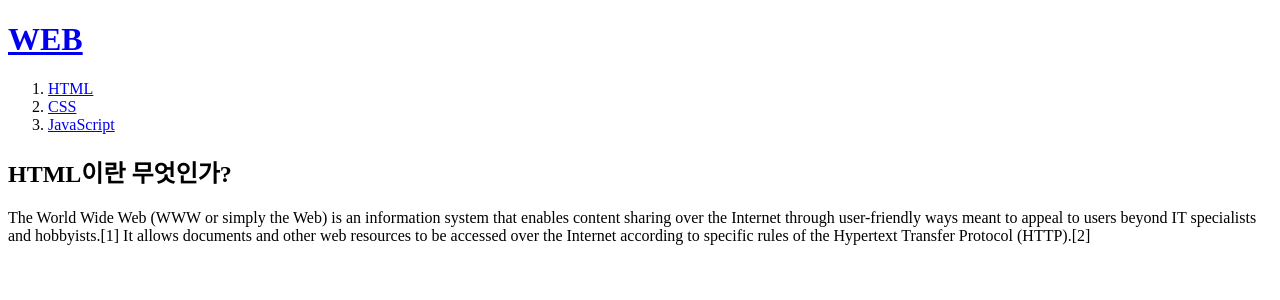
Repository: youngsik0405/Web-study
Page: Practice/WebContent/index.html
An editor plug-in stored every save of this project. The page is shown before and after the next save, followed by the edit.
The browser window is 1280 px wide. The pictures show the whole page.

Above is the page before, as saved 2025-01-21 10:54:24.

### Practice/WebContent/index.html
<!DOCTYPE html>
<html>
<head>
<meta charset="UTF-8">
<title>WEB1 - Welcome</title>
</head>
<body>
	<h1>
		<a href="index.html">WEB</a>
	</h1>
	<ol>
		<li><a href="1.html">HTML</a></a></li>
		<li><a href="2.html">CSS</a></li>
		<li><a href="3.html">JavaScript</a></li>
	</ol>
	<h2>HTML이란 무엇인가?</h2>
	<p>
		The World Wide Web (WWW or simply the Web) is an information
		system that enables content sharing over the Internet through
		user-friendly ways meant to appeal to users beyond IT specialists and
		hobbyists.[1] It allows documents and other web resources to be
		accessed over the Internet according to specific rules of the
		Hypertext Transfer Protocol (HTTP).[2]
	</p>


</body>
</html>

After the next save:
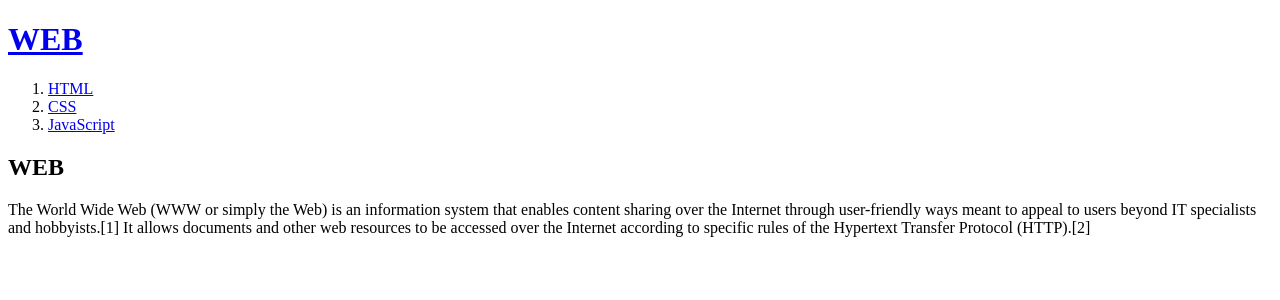
Saved 32 s later.
--- a/Practice/WebContent/index.html
+++ b/Practice/WebContent/index.html
@@ -13,7 +13,7 @@
 		<li><a href="2.html">CSS</a></li>
 		<li><a href="3.html">JavaScript</a></li>
 	</ol>
-	<h2>HTML이란 무엇인가?</h2>
+	<h2>WEB</h2>
 	<p>
 		The World Wide Web (WWW or simply the Web) is an information
 		system that enables content sharing over the Internet through
